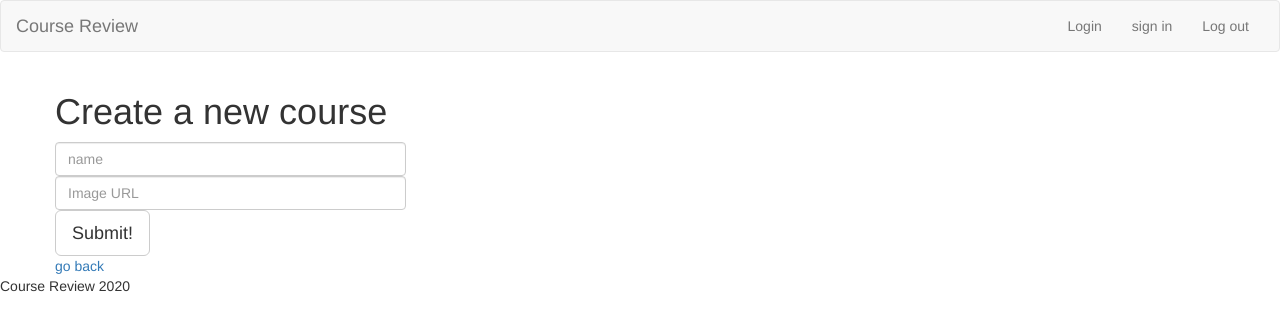
Repository: codewangg/CourseReview
Page: http://localhost/courses/new
These files come from the project's save history. The page is drawn as it stood at one moment and after the next save; the edit follows.
The browser window is 1280 px wide. The pictures show the whole page.
The page is served by the project's Node server (app.js).

Above is the page before, as saved 2020-08-15 18:45:41.

### views/new.ejs
<%- include('partials/header')%>

<div class="container">
    <div class="row">
        <h1>Create a new course</h1>
        <div style="width: 30%; margin:0,auto;">
            <form action="/courses" method="POST">
                <input class="form-control" type="text" name="name" placeholder="name">
                <input class="form-control" type="text" name="image" placeholder="Image URL">
                <button class="btn btn-lg btn-default">Submit!</button>
            </form>
        </div>


        <a href="/courses">go back</a>
    </div>
</div>
<%- include('partials/footer')%>

### views/partials/header.ejs
<!DOCTYPE html>
<html>
    <head>
        <title>CourseReview</title>
        <link rel="stylesheet" href="https://stackpath.bootstrapcdn.com/bootstrap/3.4.1/css/bootstrap.min.css" integrity="sha384-HSMxcRTRxnN+Bdg0JdbxYKrThecOKuH5zCYotlSAcp1+c8xmyTe9GYg1l9a69psu" crossorigin="anonymous">
    </head>
    <body>
    <nav class="navbar navbar-default">
        <div class="container-fluid">
            <div class="navbar-header">
                <a class="navbar-brand" href="/">Course Review</a>
            </div>
            <div class="collapse navbar-collapse">
                <ul class="nav navbar-nav navbar-right">
                    <li><a href="/">Login</a></li>
                    <li><a href="/">sign in</a></li>
                    <li><a href="/">Log out</a></li>
                </ul>

            </div>
        </div>
    </nav>

### views/partials/footer.ejs
    <p>Course Review 2020</p>
    </body>
</html>

### app.js
const express = require("express");
const app = express();
const bodyParser = require("body-parser");

app.use(bodyParser.urlencoded({extended: true}));
app.set('view engine', "ejs");

app.get("/", (req, res) => {
    res.render("landing");
});

    var courses = [
        {name: "mlp", image:"https://images.pexels.com/photos/1108099/pexels-photo-1108099.jpeg?auto=compress&cs=tinysrgb&dpr=1&w=500"},
        {name: "mlp", image:"https://encrypted-tbn0.gstatic.com/images?q=tbn%3AANd9GcT-NC1h3PdhKKSTUu0S-Y6QtGSz1PWCNL4MXA&usqp=CAU"},
        {name: "mlp", image:"https://encrypted-tbn0.gstatic.com/images?q=tbn%3AANd9GcT-NC1h3PdhKKSTUu0S-Y6QtGSz1PWCNL4MXA&usqp=CAU"},
        {name: "mlp", image:"https://encrypted-tbn0.gstatic.com/images?q=tbn%3AANd9GcT-NC1h3PdhKKSTUu0S-Y6QtGSz1PWCNL4MXA&usqp=CAU"},
        {name: "mlp", image:"https://encrypted-tbn0.gstatic.com/images?q=tbn%3AANd9GcT-NC1h3PdhKKSTUu0S-Y6QtGSz1PWCNL4MXA&usqp=CAU"},
        {name: "mlpr", image:"https://encrypted-tbn0.gstatic.com/images?q=tbn%3AANd9GcSGI0qdCZ_bsxabXEma4kZT2N8-lln603NiPA&usqp=CAU"}
    ]

app.get("/courses", (req, res)=>{


    res.render("courses",{courses:courses});
});

app.post("/courses", (req, res)=>{
    var name = req.body.name;
    var image = req.body.image;
    var newcourse = {name: name, image: image}
    courses.push(newcourse);
    res.redirect("/courses");
});

app.get("/courses/new", (req, res)=>{
    res.render("new.ejs");
});

//process.env.PORT process.env.IP
app.listen(3000, 'localhost', function(){
    console.log("server has started!");
    //console.log(process.env.PORT);
});

After the next save:
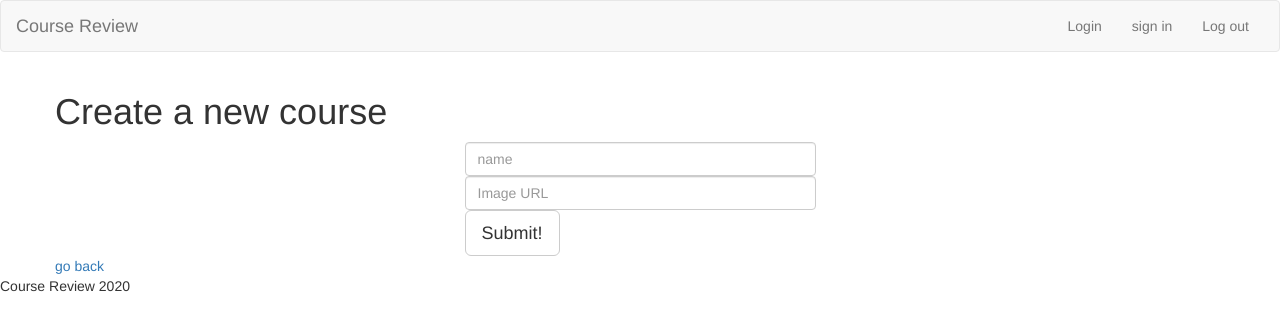
Saved 18 s later.
--- a/views/new.ejs
+++ b/views/new.ejs
@@ -3,7 +3,7 @@
 <div class="container">
     <div class="row">
         <h1>Create a new course</h1>
-        <div style="width: 30%; margin:0,auto;">
+        <div style="width: 30%; margin:0 auto;">
             <form action="/courses" method="POST">
                 <input class="form-control" type="text" name="name" placeholder="name">
                 <input class="form-control" type="text" name="image" placeholder="Image URL">
